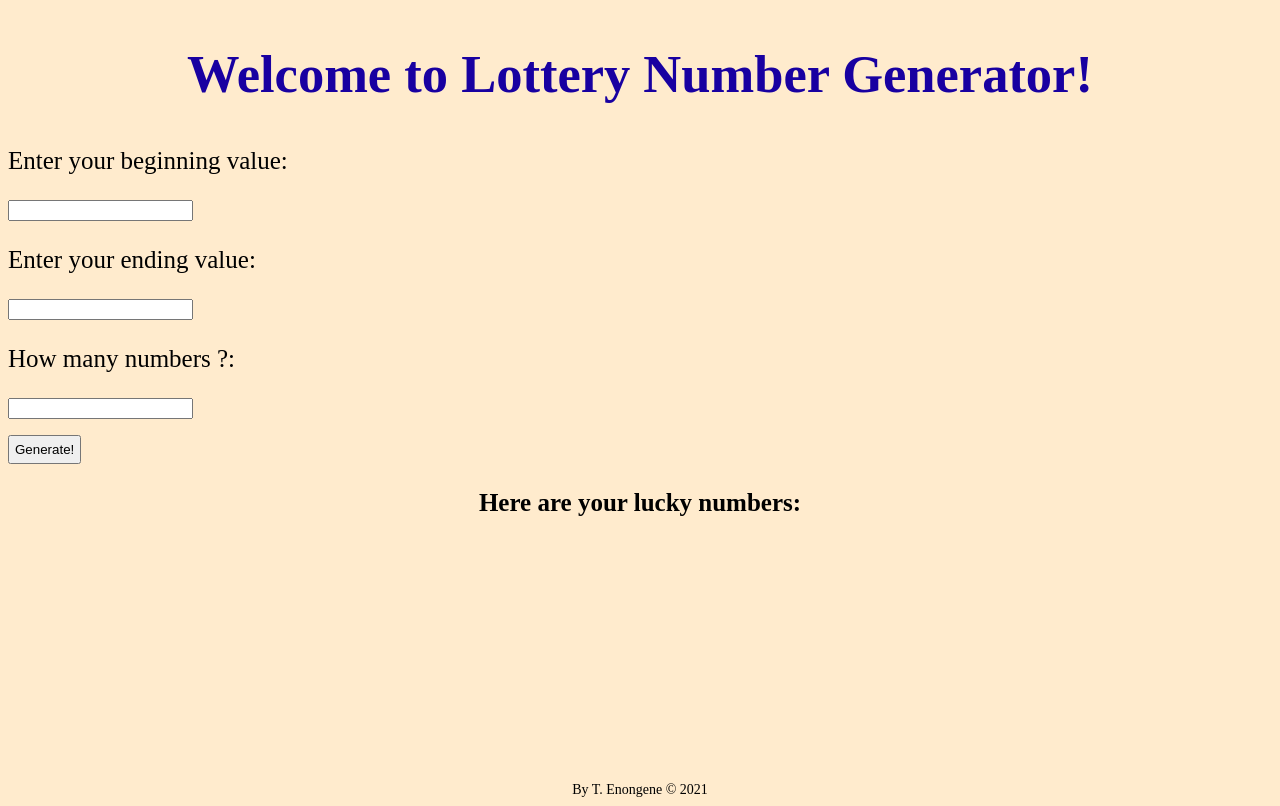
Repository: tenongene/Basic-Lottery
Page: index.html
An editor plug-in stored every save of this project. The page is shown before and after the next save, followed by the edit.
The browser window is 1280 px wide. The pictures show the whole page.

Above is the page before, as saved 2022-09-08 21:18:24.

### index.html
<!DOCTYPE html>
<html lang="en">
<head>
    <meta charset="UTF-8">
    <meta http-equiv="X-UA-Compatible" content="IE=edge">
    <meta name="viewport" content="width= device-width, initial-scale=1">
    <title>Lottery Number Generator</title>
    <link rel="stylesheet" href="style1.css">
</head>
<body>
    <div class="title">
        <h2>Welcome to Lottery Number Generator!</h2>
    </div>
    <p class = 'input'>Enter your beginning value:</p>
    <input type="number" class='start'>



    <p class = 'input'>Enter your ending value:</p>
    <input type="number" class='end'>

    <p class = 'input'>How many numbers ?:</p>

    <input type="number" class='qty'>

    <div>

    <p><button class="btn">Generate!</button></p>

    <div>
        <h3 class = 'result'>Here are your lucky numbers:</h3>
        <p class = "lucky"></p>
    </div>
    <script src="lottery.js"></script>

    <footer class="footer">By T. Enongene &copy 2021 </footer>
</body>


</html>

### style1.css
body {
  background-color: blanchedalmond;
}

.title {
  font-size: 35px;
  text-align: center;
  color: rgb(24, 0, 161);
}

.input {
  font-size: 25px;
  text-align: left;
}

.start,
.end,
.qty {
  text-align: center;
}
.result {
  text-align: center;
  font-size: 25px !important;
}

.lucky {
  text-align: center;
  font-size: 40px !important;
  border-top: 100px;
  padding-top: 25px;
  color: forestgreen;
}

.btn {
  padding: 5px;
  align-content: space-around;
}

.footer {
  text-align: center;
  display: block;
  margin-top:200px;
  font-size: 14px;

}

### lottery.js
'use strict';

// let beginValue = 2;
// let endValue = 70;
// let qty = 6;

document.querySelector('.btn').addEventListener('click', function () {
	let beginValue = Number(document.querySelector('.start').value);
	let endValue = Number(document.querySelector('.end').value);
	let qty = Number(document.querySelector('.qty').value);
	let randNums = new Set();

	while (randNums.size < qty) {
		randNums.add(Math.trunc(Math.random() * endValue) + 1);
	}
	document.querySelector('.lucky').textContent = [...randNums];
});

After the next save:
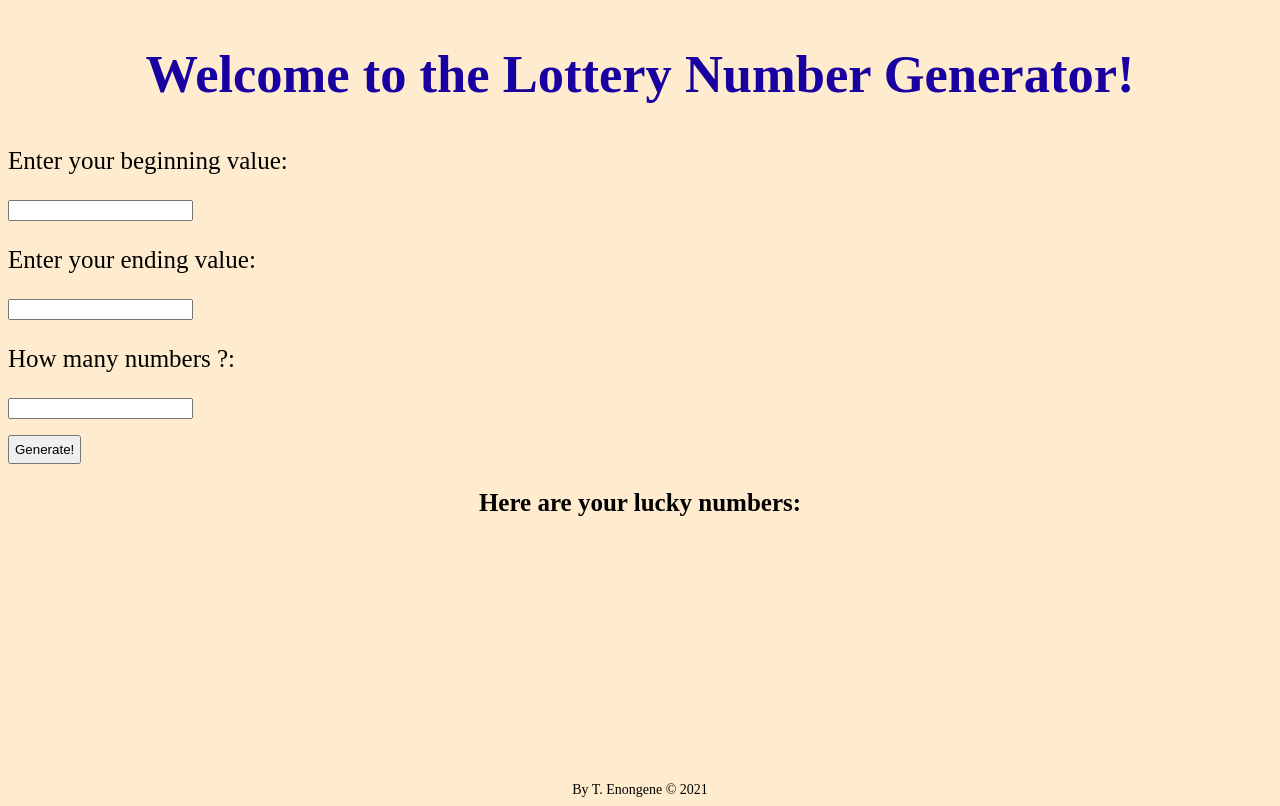
Saved 75 min 12 s later.
--- a/index.html
+++ b/index.html
@@ -9,7 +9,7 @@
 </head>
 <body>
     <div class="title">
-        <h2>Welcome to Lottery Number Generator!</h2>
+        <h2>Welcome to the Lottery Number Generator!</h2>
     </div>
     <p class = 'input'>Enter your beginning value:</p>
     <input type="number" class='start'>
